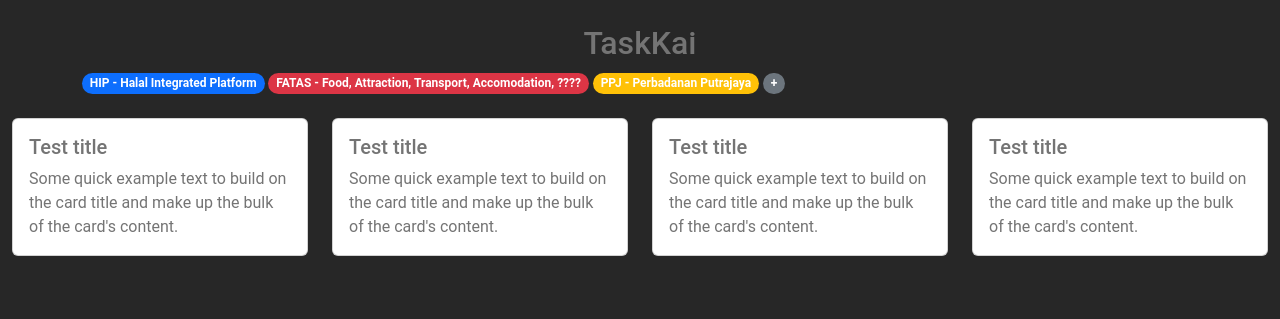
Repository: faizhakimi99/TaskKai
Page: src/views/index.html
The author's editor kept a copy of each file at every save. The page is drawn from the files as they stood at one save, then again after the next save.
The browser window is 1280 px wide. The pictures show the whole page.

Above is the page before, as saved 2025-01-27 12:38:22.

After the next save:
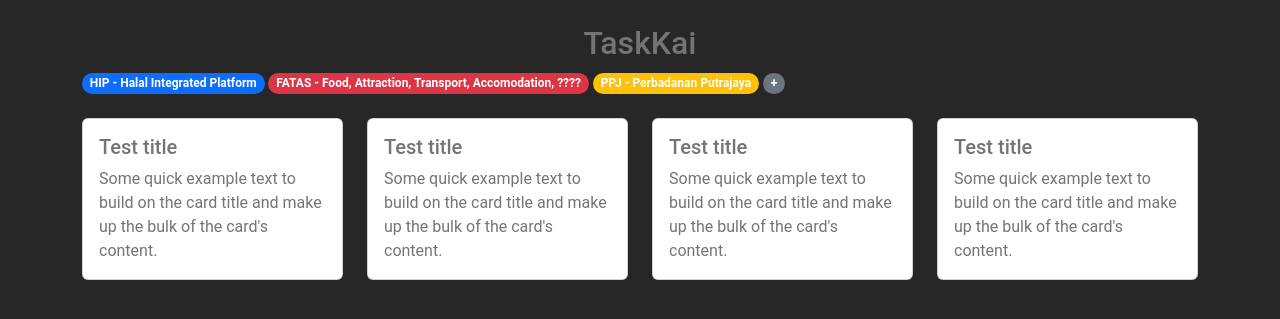
Saved 71 s later.
--- a/src/views/index.html
+++ b/src/views/index.html
@@ -30,7 +30,7 @@
         </div>
     </div>
 
-    <div id="kanban-project" class="container-fluid mt-4">
+    <div id="kanban-project" class="container mt-4">
         <div class="row">
             <div class="col-lg-3">
                 <div class="card h-100">
